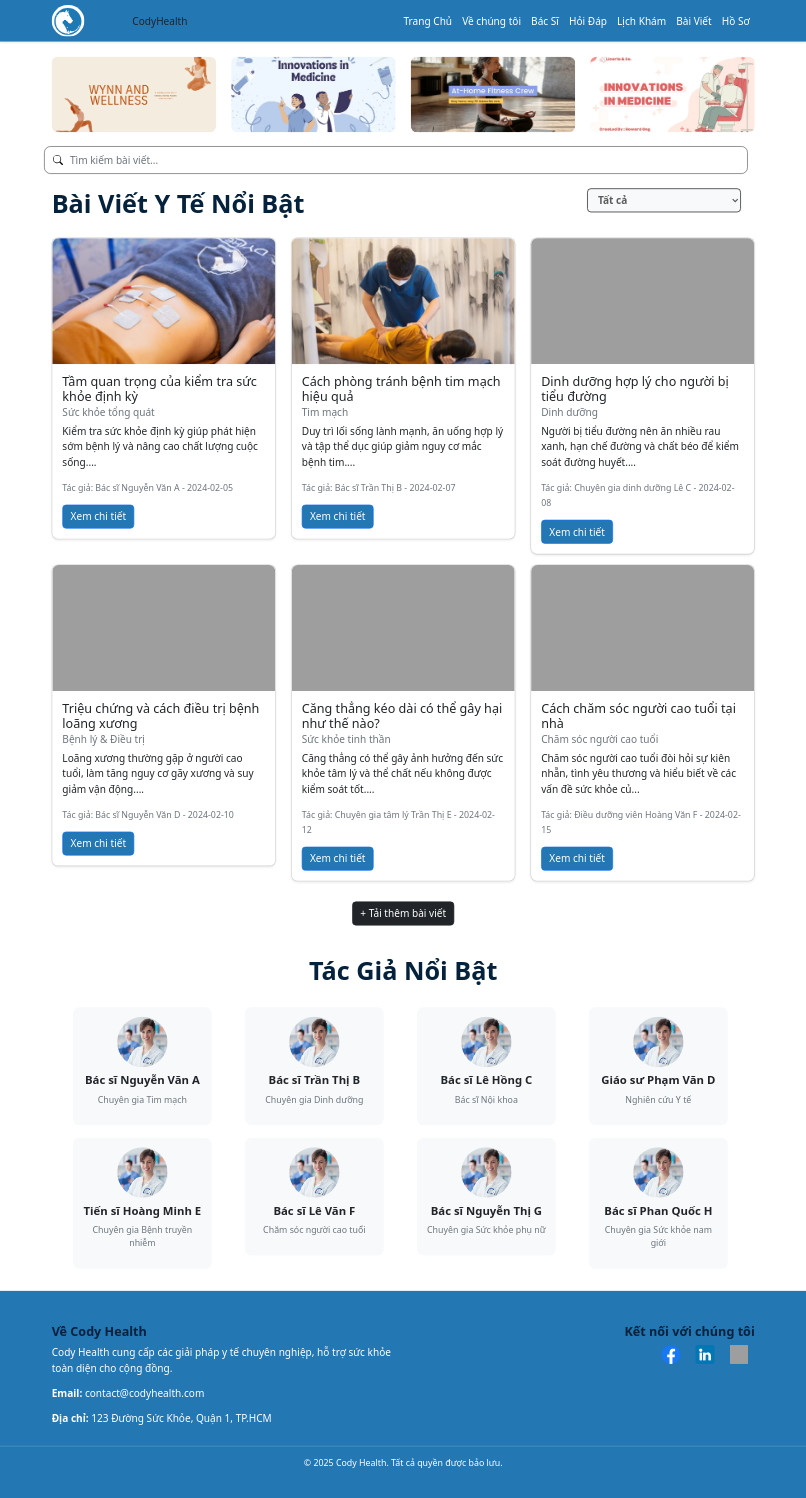
Repository: JonesKhaii/CodySocial
Page: tests/web-test/index.html
The author's editor kept a copy of each file at every save. The page is drawn from the files as they stood at one save, then again after the next save.
The browser window is 1280 px wide. The pictures show the whole page, at 63% of full size.
Pictures or frames that could not be fetched are drawn as grey boxes.

Above is the page before, as saved 2025-02-10 01:01:56.

After the next save:
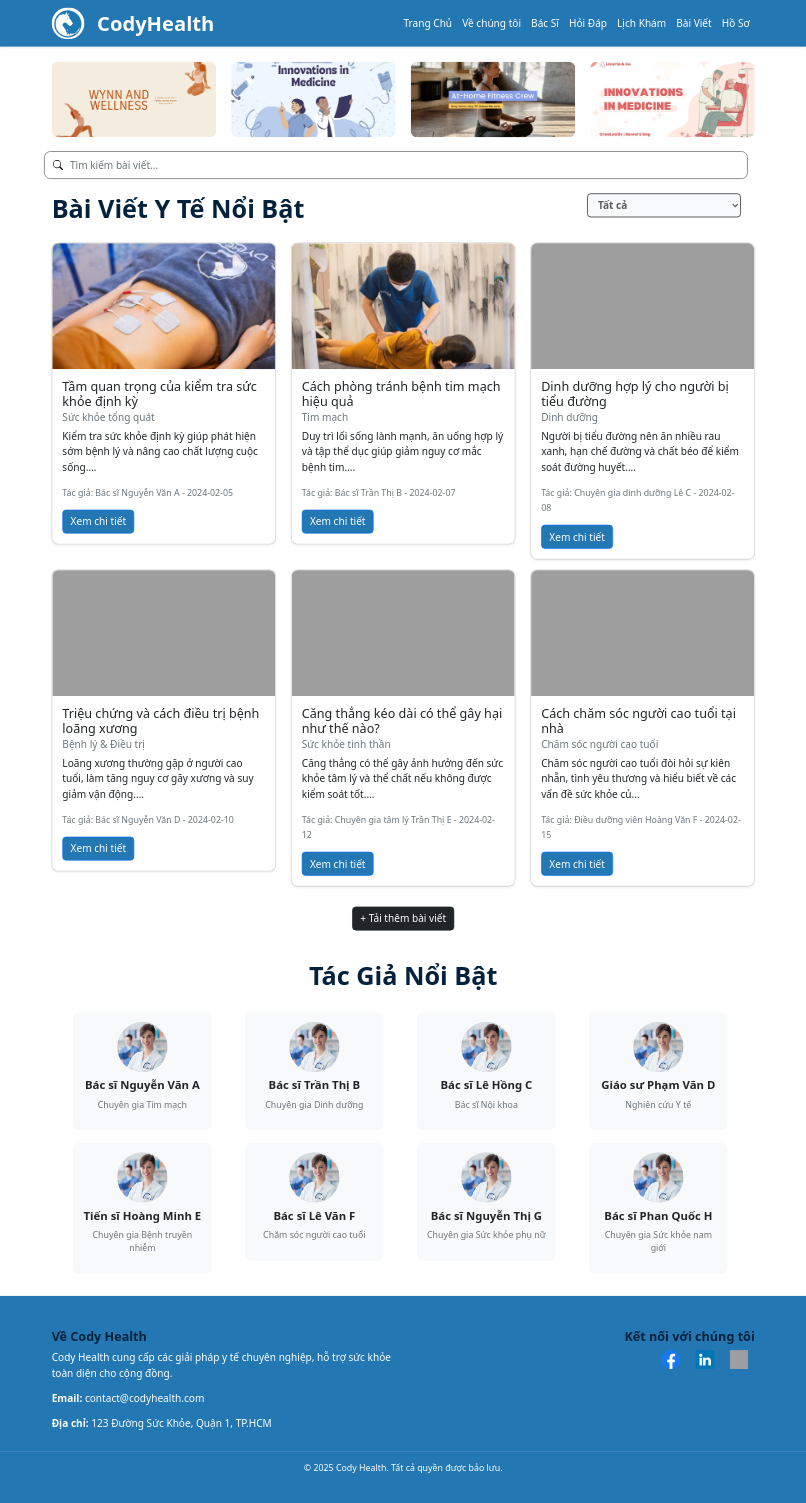
Saved 2 min 0 s later.
--- a/tests/web-test/index.html
+++ b/tests/web-test/index.html
@@ -28,7 +28,7 @@
                         class="logo me-2"
                         style="height: 50px; border-radius: 50px"
                     />
-                    <a class="navbar-brand fs-2 text-white" href="#"></a>
+                    <a class="navbar-brand fs-2 text-white" href="#">
                         CodyHealth</a
                     >
                 </div>
@@ -89,16 +89,32 @@
                 <!-- Banner -->
                 <div class="row text-center mb-3" id="bannerRow">
                     <div class="col-md-3">
-                        <img src="asset/images/banners/banner1.webp" class="small-banner" alt="Khuyến mãi dịch vụ y tế">
-                    </div>
-                    <div class="col-md-3">
-                        <img src="asset/images/banners/banner2.webp" class="small-banner" alt="Tư vấn sức khỏe miễn phí">
-                    </div>
-                    <div class="col-md-3">
-                        <img src="asset/images/banners/banner3.webp" class="small-banner" alt="Lịch khám ưu đãi tháng này">
-                    </div>
-                    <div class="col-md-3">
-                        <img src="asset/images/banners/banner4.webp" class="small-banner" alt="Tầm soát bệnh lý sớm">
+                        <img
+                            src="asset/images/banners/banner1.webp"
+                            class="small-banner"
+                            alt="Khuyến mãi dịch vụ y tế"
+                        />
+                    </div>
+                    <div class="col-md-3">
+                        <img
+                            src="asset/images/banners/banner2.webp"
+                            class="small-banner"
+                            alt="Tư vấn sức khỏe miễn phí"
+                        />
+                    </div>
+                    <div class="col-md-3">
+                        <img
+                            src="asset/images/banners/banner3.webp"
+                            class="small-banner"
+                            alt="Lịch khám ưu đãi tháng này"
+                        />
+                    </div>
+                    <div class="col-md-3">
+                        <img
+                            src="asset/images/banners/banner4.webp"
+                            class="small-banner"
+                            alt="Tầm soát bệnh lý sớm"
+                        />
                     </div>
                 </div>
                 <!-- Thanh tìm kiếm -->
@@ -160,7 +176,6 @@
                         </div>
                     </div>
                 </div>
-
             </div>
         </div>
 
@@ -185,10 +200,14 @@
                         <h4>Kết nối với chúng tôi</h4>
                         <div class="social-icons">
                             <a href="#"
-                                ><img src="asset/images/icon/facebook.png" alt="Facebook"
+                                ><img
+                                    src="asset/images/icon/facebook.png"
+                                    alt="Facebook"
                             /></a>
                             <a href="#"
-                                ><img src="asset/images/icon/linkedin.png" alt="Linkedin"
+                                ><img
+                                    src="asset/images/icon/linkedin.png"
+                                    alt="Linkedin"
                             /></a>
                             <a href="#"
                                 ><img
